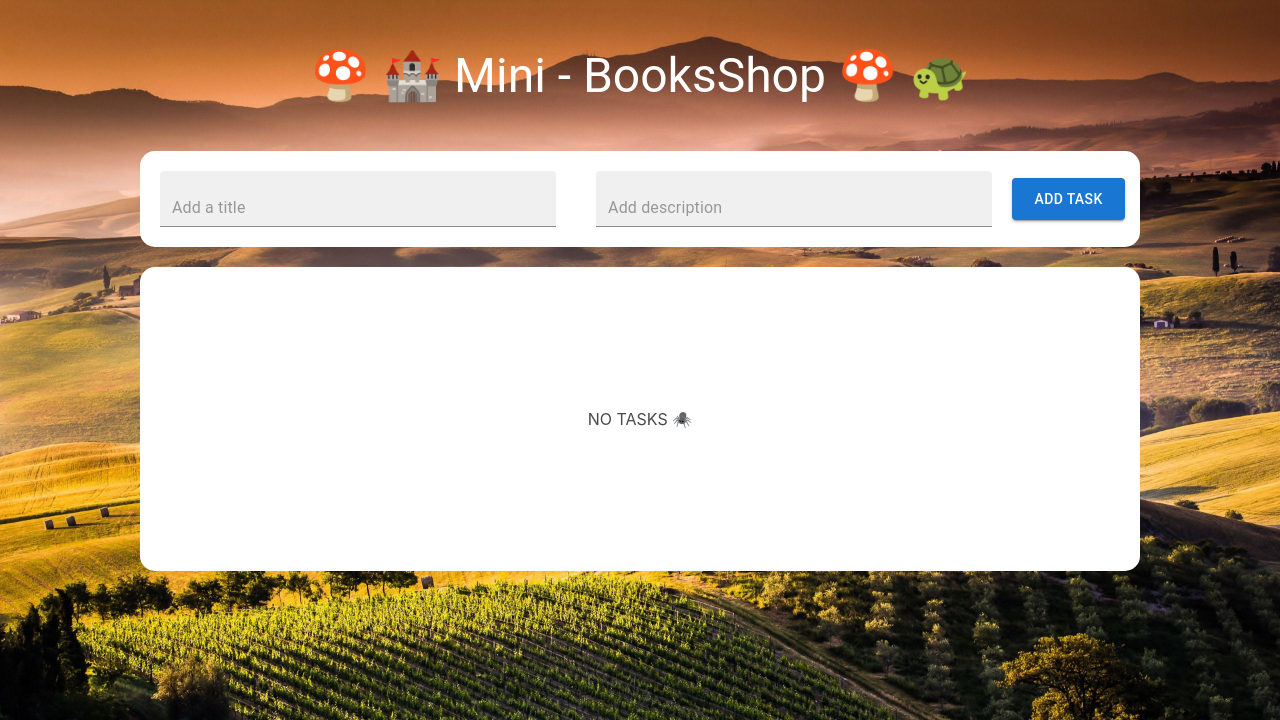
Repository: Tracy-maker/mini-bookshop
Page: /
An editor plug-in stored every save of this project. The page is shown before and after a run of saves, followed by the edit.
The browser window is 1280 px wide. The pictures show the whole page.
The project was rebuilt for these pictures with package versions that can differ from the ones it lists, and the page was loaded fresh each time. Also part of the build but not shown: src/components/TaskEdit.js, src/components/TaskShow.js.

Above is the page before, as saved 2023-09-21 13:29:25.

### src/index.js
import "./index.css";
import React from "react";
import ReactDOM from "react-dom/client";
import App from "./App";


const el = document.getElementById("root");
const root = ReactDOM.createRoot(el);

root.render(
  <React.StrictMode>
    <App />
  </React.StrictMode>
);

### src/App.js
import { useState, useEffect } from "react";
import CreateTask from "./components/CreateTask";
import TaskList from "./components/TaskList";
import { Box, Stack } from "@mui/material";
import styled from "styled-components";
import Typography from "@mui/material/Typography";
import Image1 from "./image/7.jpg";

const StyledContainer = styled(Stack)`
  height: 100vh;
  width: 100%;
  display: flex;
  align-items: stretch;
  padding-top: 3%;
  background-image: url(${Image1});
  background-size: cover;
  background-repeat: no-repeat;
  gap: 20px;
`;

const TaskForm = styled(Box)`
  margin-left: auto;
  margin-right: auto;
  width: 1000px;
  background-color: white;
  border-radius: 15px;

  @media (max-width: 768px) {
    width: 100%;
  }
`;
const Title = styled(Typography)`
  color: white;
  margin: auto;
  width: 100%;
  padding: 10px;
  text-align: center;
`;

function App() {
  const [tasks, setTasks] = useState(() => {
    const localValue = localStorage.getItem("tasks");
    if (localValue == null) return [];
    return JSON.parse(localValue);
  });

  useEffect(() => {
    localStorage.setItem("tasks", JSON.stringify(tasks));
  }, [tasks]);

  const createTask = (title, description) => {
    const newTask = {
      id: crypto.randomUUID(),
      title: title,
      description: description,
      status: "inProgress",
    };

    const existingTasks = JSON.parse(localStorage.getItem("tasks")) || [];
    existingTasks.push(newTask);
    localStorage.setItem("tasks", JSON.stringify(existingTasks));
    setTasks(existingTasks);
  };

  const deleteTasksById = (id) => {
    const existingTasks = JSON.parse(localStorage.getItem("tasks")) || [];
    const updatedTasks = existingTasks.filter((task) => {
      return task.id !== id;
    });
    localStorage.setItem("tasks", JSON.stringify(updatedTasks));
    setTasks(updatedTasks);
  };

  const editTaskById = (id, newTitle, newDescription) => {
    const existingTasks = JSON.parse(localStorage.getItem("tasks")) || [];
    const taskToEdit = existingTasks.findIndex((task) => task.id === id);

    if (taskToEdit) {
      const updatedTask = {
        ...taskToEdit,
        title: newTitle,
        description: newDescription,
      };

      const updatedTasks = existingTasks.map((task) =>
        task.id === id ? updatedTask : task
      );
      localStorage.setItem("tasks", JSON.stringify(updatedTasks));
      setTasks(updatedTasks);
    }
  };

  return (
    <StyledContainer>
      <Title variant="h3" gutterBottom>
        🍄 🏰 Mini - BooksShop 🍄 🐢
      </Title>
      <TaskForm>
        <CreateTask onCreate={createTask} />
      </TaskForm>
      <TaskForm>
        <TaskList
          tasks={tasks}
          onDelete={deleteTasksById}
          onEdit={editTaskById}
        />
      </TaskForm>
    </StyledContainer>
  );
}
export default App;

### src/components/CreateTask.js
import * as React from "react";
import Stack from "@mui/material/Stack";
import TextField from "@mui/material/TextField";
import Button from "@mui/material/Button";
import { useState } from "react";
import { styled } from "@mui/material";

const Input = styled(TextField)`
  padding:2%;
  width: 80%;
`;

const AddButton = styled(Button)`
  margin: auto;
  width: 20%;
  padding: 9px;
  text-align: center;
  margin-right: 15px;
`;

function CreateTask(props) {
  const [title, setTitle] = useState("");
  const [description, setDescription] = useState("");

  const handleChange = (event) => {
    const { name, value } = event.target;
    if (name === "title") {
      setTitle(value);
    } else if (name === "description") {
      setDescription(value);
    }
  };

  const handleSubmit = (event) => {
    event.preventDefault();
    if (title.trim() !== "" || description.trim() !== "") {
      props.onCreate( title, description );
      setTitle("");
      setDescription("");
    }
  };

  return (
    <Stack onSubmit={handleSubmit} component="form" direction="row">
      <Input
        name="title"
        value={title}
        onChange={handleChange}
        placeholder="Add a title"
        variant="filled"
      />
      <Input
        name="description"
        value={description}
        onChange={handleChange}
        placeholder="Add description"
        variant="filled"
      />
      <AddButton type="submit" variant="contained">
        Add Task
      </AddButton>
    </Stack>
  );
}

export default CreateTask;

### src/components/TaskList.js
import React from "react";
import TaskShow from "./TaskShow";
import { Box } from "@mui/material";
import styled from "styled-components";

const Reminder = styled(Box)`
  text-align: center;
  padding: ${(props) => (props.noTasks ? "14%" : "0")};
`;

function TaskList(props) {
  const renderedTasksList = props.tasks.map((task) => {
    return (
      <TaskShow
        key={task.id}
        task={task}
        onDelete={props.onDelete}
        onEdit={props.onEdit}
        toggleCheckedBoxById={props.toggleCheckedBoxById}
      />
    );
  });

  return (
    <>
      <Reminder noTasks={props.tasks.length === 0}>
        {props.tasks.length === 0 && "NO TASKS 🕷️"}
      </Reminder>
      {renderedTasksList}
    </>
  );
}

export default TaskList;

Loaded but not shown: public/index.html (common file); src/index.css (library)

After the next 2 saves:
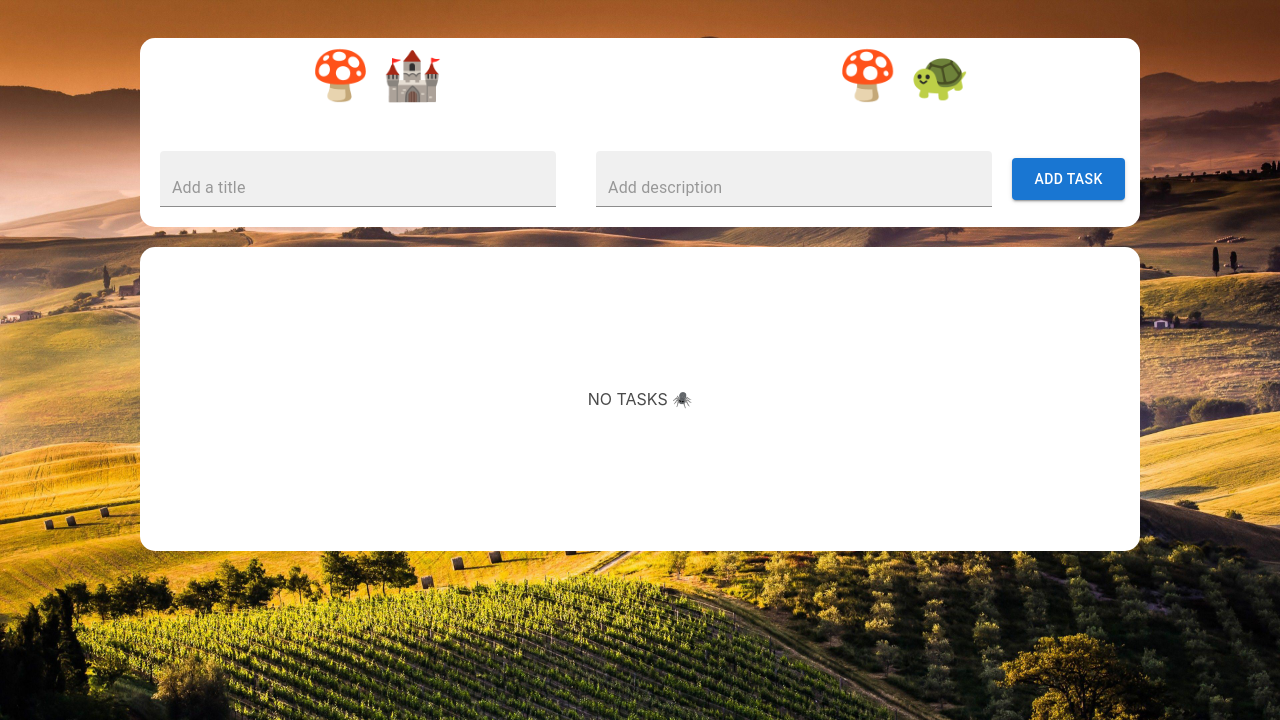
The 2 saves are shown as one change because they came seconds apart.
The last was saved 24 s later.
--- a/src/App.js
+++ b/src/App.js
@@ -92,10 +92,10 @@
 
   return (
     <StyledContainer>
-      <Title variant="h3" gutterBottom>
-        🍄 🏰 Mini - BooksShop 🍄 🐢
-      </Title>
       <TaskForm>
+        <Title variant="h3" gutterBottom>
+          🍄 🏰 Mini - BooksShop 🍄 🐢
+        </Title>
         <CreateTask onCreate={createTask} />
       </TaskForm>
       <TaskForm>

After the save that followed:
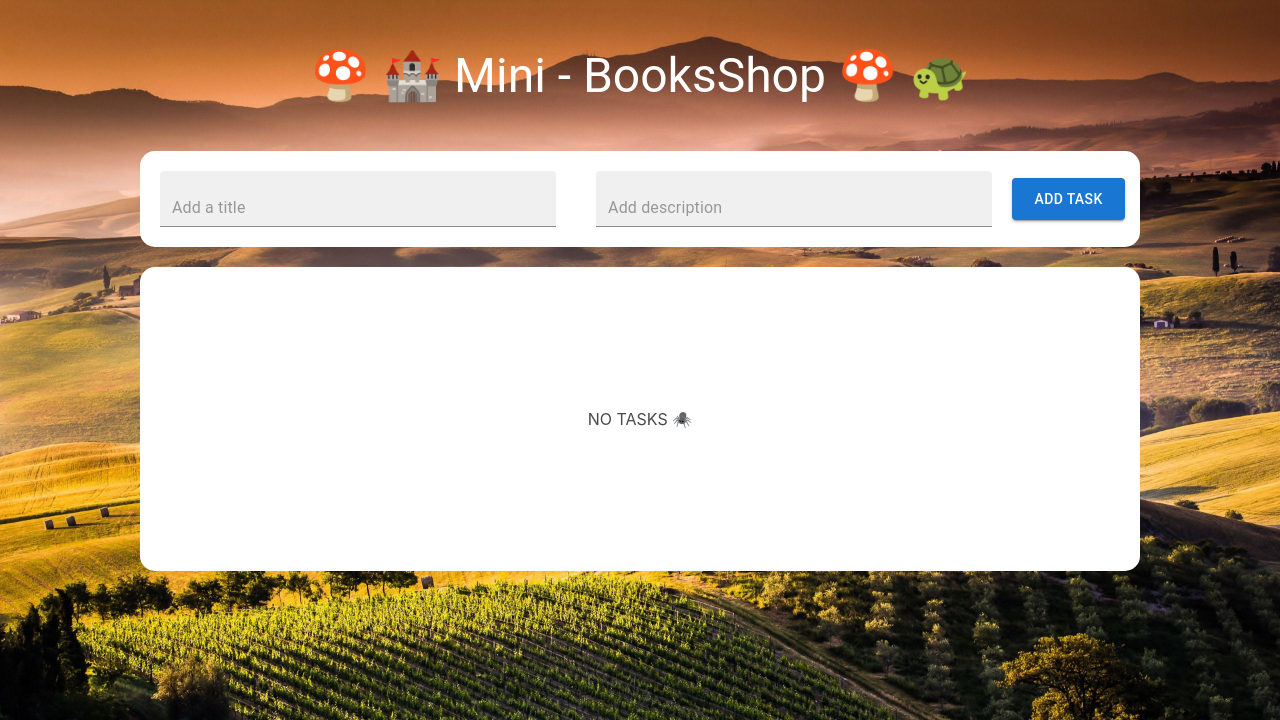
Saved 9 s later.
--- a/src/App.js
+++ b/src/App.js
@@ -92,10 +92,10 @@
 
   return (
     <StyledContainer>
+      <Title variant="h3" gutterBottom>
+        🍄 🏰 Mini - BooksShop 🍄 🐢
+      </Title>
       <TaskForm>
-        <Title variant="h3" gutterBottom>
-          🍄 🏰 Mini - BooksShop 🍄 🐢
-        </Title>
         <CreateTask onCreate={createTask} />
       </TaskForm>
       <TaskForm>
